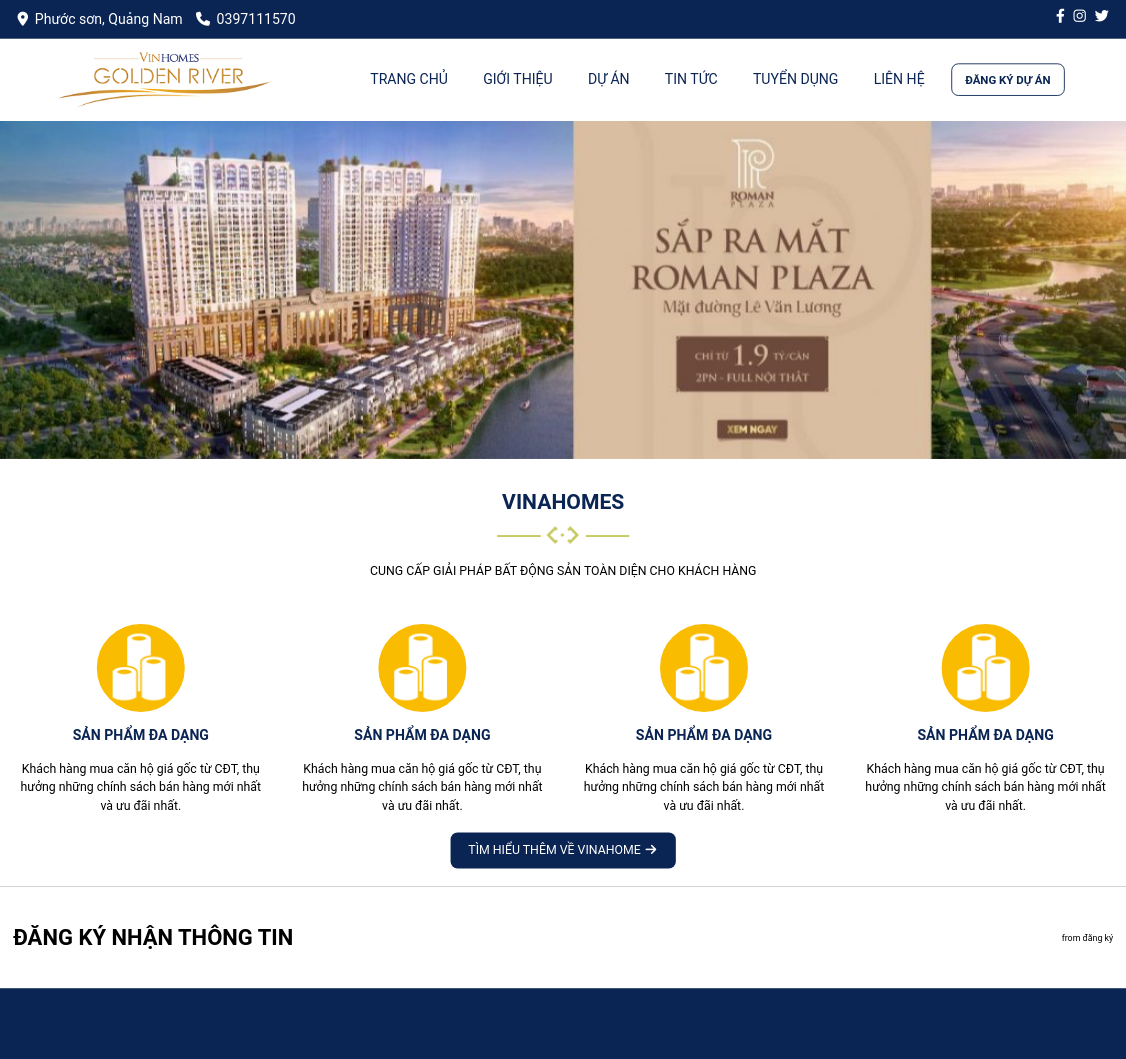
Repository: phamphuc2/fontend-bds
Page: index.html
An editor plug-in stored every save of this project. The page is shown before and after the next save, followed by the edit.
The browser window is 1280 px wide. The pictures show the part of the page from y = 0 to 1203 px (the page is 1666 px tall), at 88% of full size.
A picture or video elsewhere on the page could not be fetched, so the positions and the page height are approximate. Some web libraries are served in a nearby version.

Above is the page before, as saved 2022-06-08 15:35:34.

### index.html
<!DOCTYPE html>
<html lang="en">

<head>
    <meta charset="UTF-8">
    <meta http-equiv="X-UA-Compatible" content="IE=edge">
    <meta name="viewport" content="width=device-width, initial-scale=1.0">
    <title>BDS</title>
    <!-- linl css -->
    <link rel="stylesheet" href="libs/slick/slick.css">
    <link rel="stylesheet" href="libs/slick/slick-theme.css">
    <link rel="stylesheet" href="./assets/css/bootstrap.css">
    <link rel="stylesheet" href="./assets/css/theme.css">
    <link rel="stylesheet " href="./style.css ">
    <!-- link thư viện -->
    <link rel="stylesheet " href="https://cdnjs.cloudflare.com/ajax/libs/font-awesome/6.1.1/css/all.min.css ">
    <!-- link font -->
    <link rel="preconnect" href="https://fonts.googleapis.com">
    <link rel="preconnect" href="https://fonts.gstatic.com" crossorigin>
    <link href="https://fonts.googleapis.com/css2?family=Roboto+Flex:opsz,wght@8..144,200;8..144,300;8..144,400;8..144,500;8..144,600;8..144,700;8..144,800;8..144,900&display=swap" rel="stylesheet">
</head>

<body>
    <!-- Header -->
    <header class="header">
        <div class="header-top">
            <div class="container">
                <div class="inner">
                    <div class="box-left">
                        <div class="map">
                            <i class="fa-solid fa-location-dot"></i>
                            <span>Phước sơn, Quảng Nam</span>
                        </div>
                        <div class="phone">
                            <i class="fa-solid fa-phone"></i>
                            <span>0397111570</span>
                        </div>
                    </div>
                    <div class="box-right">
                        <ul class="list-info">
                            <li class="item">
                                <a href="">
                                    <i class="fa-brands fa-facebook-f"></i>
                                </a>
                            </li>
                            <li class="item">
                                <a href="">
                                    <i class="fa-brands fa-instagram"></i>
                                </a>
                            </li>
                            <li class="item">
                                <a href="">
                                    <i class="fa-brands fa-twitter"></i>
                                </a>
                            </li>
                        </ul>
                    </div>
                </div>
            </div>
        </div>

        <div class="header-bottom">
            <div class="container">
                <div class="inner">
                    <div class="header-bottom-left">
                        <a href="">
                            <div class="logo">
                                <img src="./assets/images/logo.png" alt="">
                            </div>
                        </a>
                    </div>
                    <div class="header-bottom-right">
                        <ul class="menu">
                            <li>
                                <a href="./index.html">Trang chủ</a>
                            </li>
                            <li>
                                <a href="./about.html">Giới Thiệu</a>
                            </li>
                            <li>
                                <a href="./taxonomy.html">Dự Án</a>
                            </li>
                            <li>
                                <a href="./taxonomy.html">Tin Tức</a>
                            </li>
                            <li>
                                <a href="./blogs.html">Tuyển Dụng</a>
                            </li>
                            <li>
                                <a href="./contact.html">Liên hệ</a>
                            </li>
                        </ul>
                        <div class="btn-project">
                            <a href="">ĐĂNG KÝ DỰ ÁN</a>
                        </div>
                    </div>

                </div>
            </div>
        </div>
    </header>
    <!-- End header -->

    <!-- slide-home -->
    <section class="slide-home">
        <div class="box-slide">
            <div class="box-item">
                <div class="img-wrap">
                    <img src="/assets/images/slide-bg-1.jpg" alt="">
                </div>
                <div class="img-wrap">
                    <img src="./assets/images/slide-bg-2.jpg" alt="">
                </div>
                <div class="img-wrap">
                    <img src="./assets/images/slide-bg-3.jpg" alt="">
                </div>

            </div>
        </div>
        <div class="arrow">
            <a class="arrow-left">
                <i class="fa-solid fa-chevron-left icon-arrow-left"></i>
            </a>
            <a class="arrow-right">
                <i class="fa-solid fa-chevron-right icon-arrow-right"></i>
            </a>
        </div>
    </section>
    <!-- end slide-home -->

    <!-- section vinahome -->
    <section class="vinahome">
        <div class="container">
            <div class="row">
               <div class="col-12">
                    <div class="inner-top">
                        <h2 class="title">VINAHOMES</h2>
                        <div class="is-drive"></div>
                        <p class="desc">CUNG CẤP GIẢI PHÁP BẤT ĐỘNG SẢN TOÀN DIỆN CHO KHÁCH HÀNG</p>
                    </div>
               </div>
               <div class="col-lg-3">
                  <div class="item">
                        <div class="icon">
                            <img src="./assets/images/icon1.png" alt="">
                        </div>
                        <div class="content">
                            <h2 class="title">SẢN PHẨM ĐA DẠNG</h2>
                        <p class="desc">Khách hàng mua căn hộ giá gốc từ CĐT, thụ hưởng những chính sách bán hàng mới nhất và ưu đãi nhất.</p>
                        </div>
                  </div>
               </div>
               <div class="col-lg-3">
                <div class="item">
                      <div class="icon">
                          <img src="./assets/images/icon1.png" alt="">
                      </div>
                      <div class="content">
                          <h2 class="title">SẢN PHẨM ĐA DẠNG</h2>
                      <p class="desc">Khách hàng mua căn hộ giá gốc từ CĐT, thụ hưởng những chính sách bán hàng mới nhất và ưu đãi nhất.</p>
                      </div>
                </div>
             </div>
             <div class="col-lg-3">
                <div class="item">
                      <div class="icon">
                          <img src="./assets/images/icon1.png" alt="">
                      </div>
                      <div class="content">
                          <h2 class="title">SẢN PHẨM ĐA DẠNG</h2>
                      <p class="desc">Khách hàng mua căn hộ giá gốc từ CĐT, thụ hưởng những chính sách bán hàng mới nhất và ưu đãi nhất.</p>
                      </div>
                </div>
             </div>
             <div class="col-lg-3">
                <div class="item">
                      <div class="icon">
                          <img src="./assets/images/icon1.png" alt="">
                      </div>
                      <div class="content">
                          <h2 class="title">SẢN PHẨM ĐA DẠNG</h2>
                      <p class="desc">Khách hàng mua căn hộ giá gốc từ CĐT, thụ hưởng những chính sách bán hàng mới nhất và ưu đãi nhất.</p>
                      </div>
                </div>
             </div>
            <div class="col-12">
                <div class="btn-learn-about">
                    <a href="">
                        TÌM HIỂU THÊM VỀ VINAHOME
                        <i class="fa-solid fa-arrow-right"></i>
                    </a>

                </div>
            </div>

            </div>
        </div>
    </section>

    <!-- end section vinahome -->


    <!-- footer -->
    <footer class="footer">
        <div class="footer-top">
            <div class="container">
                <div class="item">
                    <div class="title">ĐĂNG KÝ NHẬN THÔNG TIN</div>
                    <div class="from">
                        from đăng ký
                    </div>
                </div>
            </div>
        </div>
        <div class="footer-main">
            <div class="container">
                <div class="row">
                    <div class="col-md-6 col-lg-3">
                        <div class="footer-info">
                            <span class="title">THÔNG TIN LIÊN HỆ</span>
                            <ul class="box-info">
                                <li class="item">
                                    <i class="fa-solid fa-location-dot icon-footer"></i>
                                    <a href="" class="text">Phước Sơn, Quảng Nam</a>
                                </li>
                                <li class="item">
                                    <i class="fa-solid fa-phone icon-footer"></i>
                                    <a href="" class="text">0397111570</a>
                                </li>
                                <li class="item">
                                    <i class="fa-solid fa-envelope-open-text icon-footer"></i>
                                    <a href="" class="text">mac.convstar@gmail.com</a>
                                </li>
                                <li class="item">
                                    <i class="fa-brands fa-skype icon-footer"></i>
                                    <a href="" class="text">phamphuc</a>
                                </li>
                            </ul>
                        </div>
                    </div>
                    <div class="col-md-6 col-lg-3">
                        <div class="box-link">
                            <span class="title">LIÊN KẾT</span>
                            <ul class="item-link">
                                <li class="item">
                                    <a href="">Giới thiệu</a>
                                </li>
                                <li class="item">
                                    <a href="">Đồng hồ nam</a>
                                </li>
                                <li class="item">
                                    <a href="">Đồng hồ nữ</a>
                                </li>
                                <li class="item">
                                    <a href="">Blogs</a>
                                </li>
                                <li class="item">
                                    <a href="">Liên hệ</a>
                                </li>
                            </ul>
                        </div>
                    </div>
                    <div class="col-md-6 col-lg-3">
                        <div class="box-link">
                            <span class="title">HỖ TRỢ KHÁCH HÀNG</span>
                            <ul class="item-link">
                                <li class="item">
                                    <a href="">Hướng dẫn mua hàng</a>
                                </li>
                                <li class="item">
                                    <a href="">Hướng dẫn thanh toán</a>
                                </li>
                                <li class="item">
                                    <a href="">Chính sách bảo hành</a>
                                </li>
                                <li class="item">
                                    <a href="">Chính sách đổi trả</a>
                                </li>
                                <li class="item">
                                    <a href="">Tư vấn khách hàng</a>
                                </li>
                            </ul>
                        </div>
                    </div>
                    <div class="col-md-6 col-lg-3">
                        <div class="footer-social">
                            <span class="title">PP STORE ON SOCIAL</span>
                            <ul class="box-social">
                                <li class="item-social">
                                    <a href="">
                                        <i class="fa-brands fa-facebook-f icon-social"></i>
                                    </a>
                                </li>
                                <li class="item-social">
                                    <a href="">
                                        <i class="fa-brands fa-instagram icon-social"></i>
                                    </a>
                                </li>
                                <li class="item-social">
                                    <a href="">
                                        <i class="fa-brands fa-twitter icon-social"></i>
                                    </a>
                                </li>
                                <li class="item-social">
                                    <a href="">
                                        <i class="fa-solid fa-rss icon-social"></i>
                                    </a>
                                </li>
                                <li class="item-social">
                                    <a href="">
                                        <i class="fa-brands fa-linkedin-in icon-social"></i>
                                    </a>
                                </li>
                            </ul>
                            <span class="title">CHỨNG NHẬN PP STORE</span>
                            <div class="footer-vn_registered">
                                <img src="./assets/images/chungnhan.png" alt="">
                            </div>
                        </div>
                    </div>
                </div>
            </div>
        </div>
        <div class="footer-bottom">
            <div class="container">
                <div class="copy-right">© Bản quyền thuộc về . Thiết kế website PP Store </div>
            </div>
        </div>
    </footer>
    <!-- footer -->








    <script src="./assets/js/jquery.min.js"></script>
    <script src="libs/slick/slick.min.js"></script>
    <script src="./assets/js/theme.js"></script>
</body>

</html>

### style.css
/*!
    Theme Name: ppstore
    Theme URI: https://ppstore.vn
    Author: Sticky.vn
    Author URI: https://ppstore.vn
    Description: Website duoc thiet ke boi ppstore
    Version: 1.0.0
    License: GNU General Public License v2 or later
    License URI: LICENSE
    Text Domain: ppstore
*/


/*
|--------------------------------------------------------------------------
| Theme CSS
|--------------------------------------------------------------------------
|
| About author: https://ppstore.vn/
|
*/

:root {
    --primary-color: #EDD54B;
    --btn-color: #78944F;
    --background-main: #E5E5E5;
    --white-color: #ffffff;
    --dark-color: #373737;
    --gray-color: #D3D3D3;
    --gray-color-2: #F2F2F2;
    --text-color: #000;
    --border-color: #5A6B31;
    --font-family: 'Roboto', sans-serif;
    --border-radius: 8px;
}

.container {
    width: 1400px;
    max-width: 100%;
    margin: 0 auto;
    padding-left: 15px;
    padding-right: 15px;
}

html {
    font-family: var(--font-family);
    font-size: 62.5%;
    /*tương đương 10px*/
    line-height: 1.5;
    background-color: var(--white-color);
    overflow-x: hidden;
}

h1,
h2,
h3,
h4,
h5,
h6,
strong {
    font-family: var(--font-family), sans-serif;
    font-weight: bold;
}

ul,
ol {
    list-style: none;
}

a {
    color: var(--text-color);
    text-decoration: none;
    transition: all .3s ease-in-out;
    -webkit-transition: all .3s ease-in-out;
}

img {
    width: 100%;
    height: auto;
    object-fit: cover;
    transition: all .3s ease-in-out;
    -webkit-transition: all .3s ease-in-out;
}

.img-wrap {
    position: relative;
    height: auto;
    overflow: hidden;
    background-position: 50% 50%;
    background-size: cover;
    padding-top: 56.25%;
}

.img-wrap img {
    display: inline-block;
    vertical-align: middle;
    max-width: 100%;
    transform: translateZ(0);
    margin: 0 auto;
    right: 0;
    width: 100%;
    height: 100%;
    bottom: 0;
    left: 0;
    top: 0;
    position: absolute;
    object-position: 50% 50%;
    object-fit: cover;
}

.block-title {
    width: 80%;
    margin: 0 auto;
    margin-bottom: 32px
}

.block-title .title {
    font-family: var(--font-family);
    font-weight: 400;
    font-size: 3.2rem;
    line-height: 31px;
    color: var(--text-color);
    text-transform: uppercase;
}

.text-center {
    text-align: center;
}

.bg-image {
    background-repeat: no-repeat;
    background-position: center;
    background-size: cover;
}

.d-flex_align-center {
    display: flex;
    align-items: center;
}

.grid {
    display: flex;
    flex-wrap: wrap;
    margin-left: -20px;
}

.grid-item {
    padding-left: -20px;
}

.btn,
button {
    background: transparent;
    border: none;
    font-size: 1.4rem;
    outline: none;
}

.btn-border {
    border: 1px solid var(--border-color);
    border-radius: 8px;
    color: var(--border-color);
    font-weight: 500;
}

.section {
    padding: 40px 0;
}


/* Responsive */

@media screen and (max-width: 991px) {}

@media screen and (max-width: 767px) {}


/* End Responsive */

Loaded but not shown: libs/slick/slick.css (common file); libs/slick/slick-theme.css (library); assets/css/bootstrap.css (library); assets/js/jquery.min.js (library); libs/slick/slick.min.js (library); assets/js/theme.js (88 lines, source omitted); assets/css/theme.css (401 lines, source omitted)

After the next save:
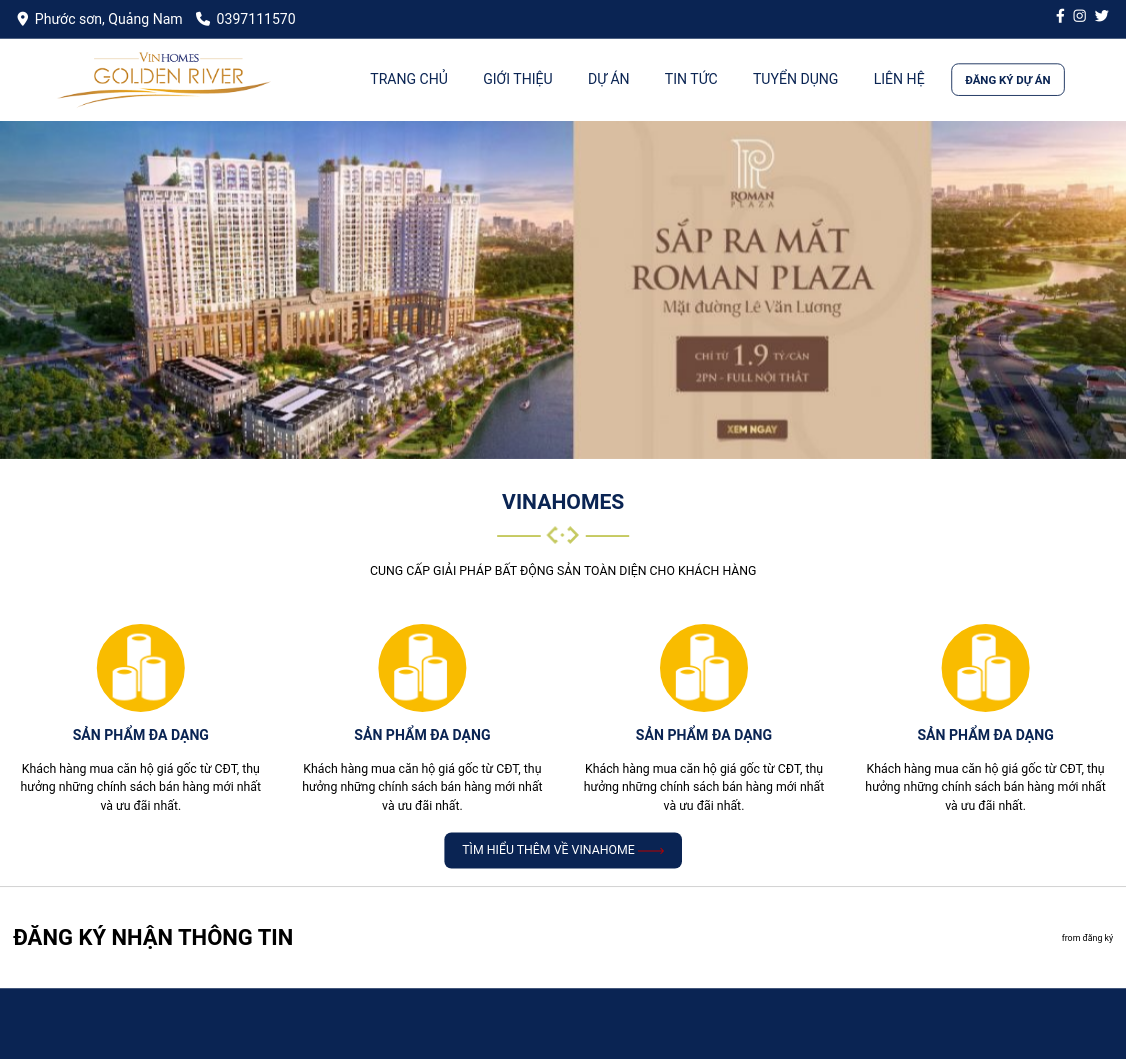
Saved 40 s later.
--- a/index.html
+++ b/index.html
@@ -187,7 +187,9 @@
                 <div class="btn-learn-about">
                     <a href="">
                         TÌM HIỂU THÊM VỀ VINAHOME
-                        <i class="fa-solid fa-arrow-right"></i>
+                        <svg width="30" height="8" viewBox="0 0 30 8" fill="none" xmlns="http://www.w3.org/2000/svg">
+                            <path d="M29.3536 4.35355C29.5488 4.15829 29.5488 3.84171 29.3536 3.64645L26.1716 0.464466C25.9763 0.269204 25.6597 0.269204 25.4645 0.464466C25.2692 0.659728 25.2692 0.976311 25.4645 1.17157L28.2929 4L25.4645 6.82843C25.2692 7.02369 25.2692 7.34027 25.4645 7.53553C25.6597 7.7308 25.9763 7.7308 26.1716 7.53553L29.3536 4.35355ZM0 4.5H29V3.5H0V4.5Z" fill="#B60000"></path>
+                        </svg>
                     </a>
 
                 </div>
